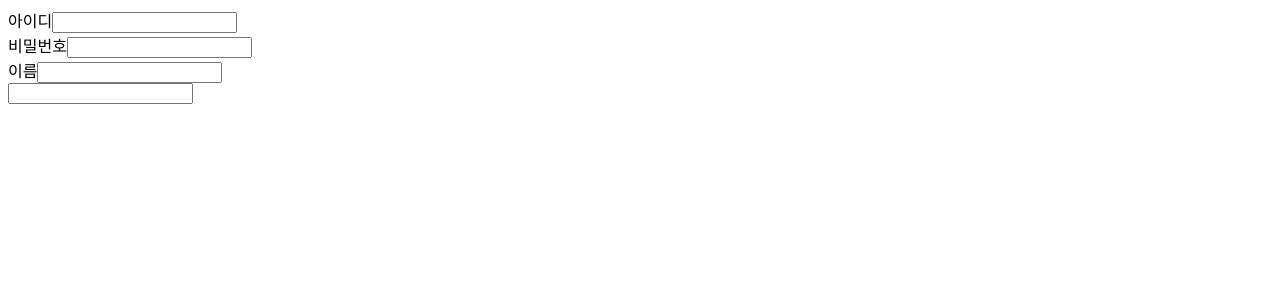
Repository: ih0615/NewJSP
Page: http://localhost/board/views/member/registerForm.jsp
An editor plug-in stored every save of this project. The page is shown before and after the next save, followed by the edit.
The browser window is 1280 px wide. The pictures show the whole page.
The page is served by Tomcat 9. Nobody is signed in. The application's start-up code is not run. Other server files are loaded and not shown.

Above is the page before, as saved 2020-11-20 02:33:27.

### board/WebContent/views/member/registerForm.jsp
<%@ page language="java" contentType="text/html; charset=UTF-8" pageEncoding="UTF-8"%>
<!DOCTYPE html>
<html>
<head>
<meta charset="UTF-8">
<title>회원가입</title>
</head>
<body>
<div>
<form action="">
아이디<input type="text" /><br />
비밀번호<input type="text" /><br />
이름<input type="text" /><br />
<input type="text" />
</form>
</div>
</body>
</html>

After the next save:
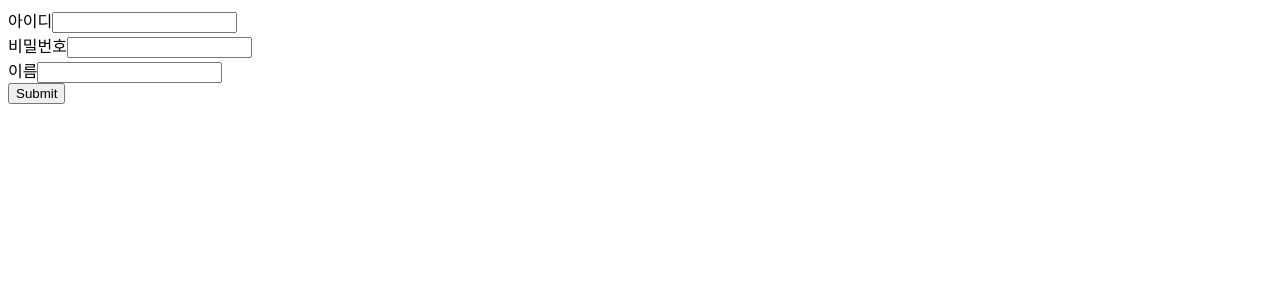
Saved 15 s later.
--- a/board/WebContent/views/member/registerForm.jsp
+++ b/board/WebContent/views/member/registerForm.jsp
@@ -11,7 +11,7 @@
 아이디<input type="text" /><br />
 비밀번호<input type="text" /><br />
 이름<input type="text" /><br />
-<input type="text" />
+<input type="submit" />
 </form>
 </div>
 </body>
